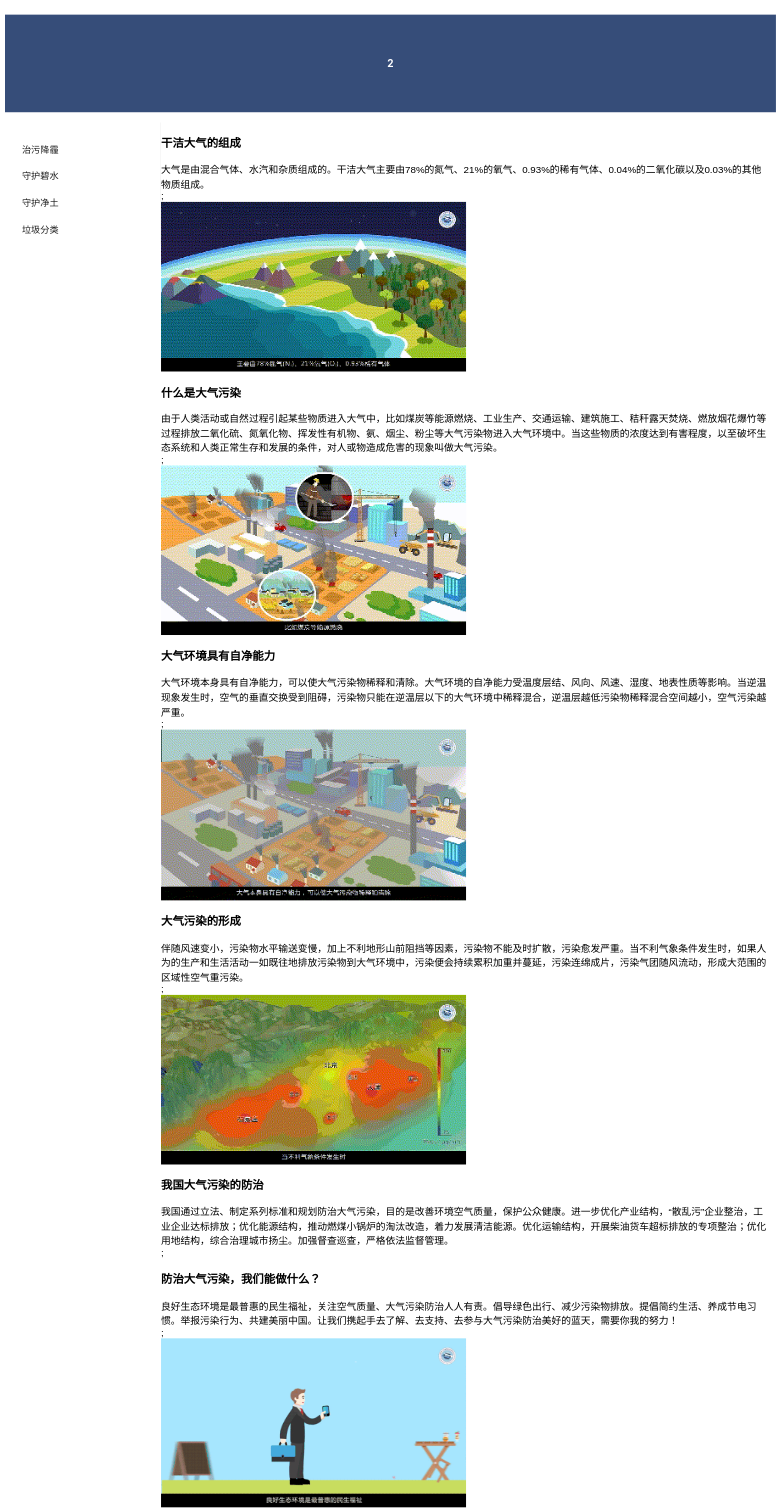
Repository: samllbin/summerWeb
Page: /
An editor plug-in stored every save of this project. The page is shown before and after the next save, followed by the edit.
The browser window is 1280 px wide. The pictures show the whole page, at 61% of full size.
The project was rebuilt for these pictures with package versions that can differ from the ones it lists, and the page was loaded fresh each time. Also part of the build but not shown: vite.config.js, components/menu/config.js, components/article/index.module.css, components/article/index.jsx.

Above is the page before, as saved 2024-07-22 16:40:57.

After the next save:
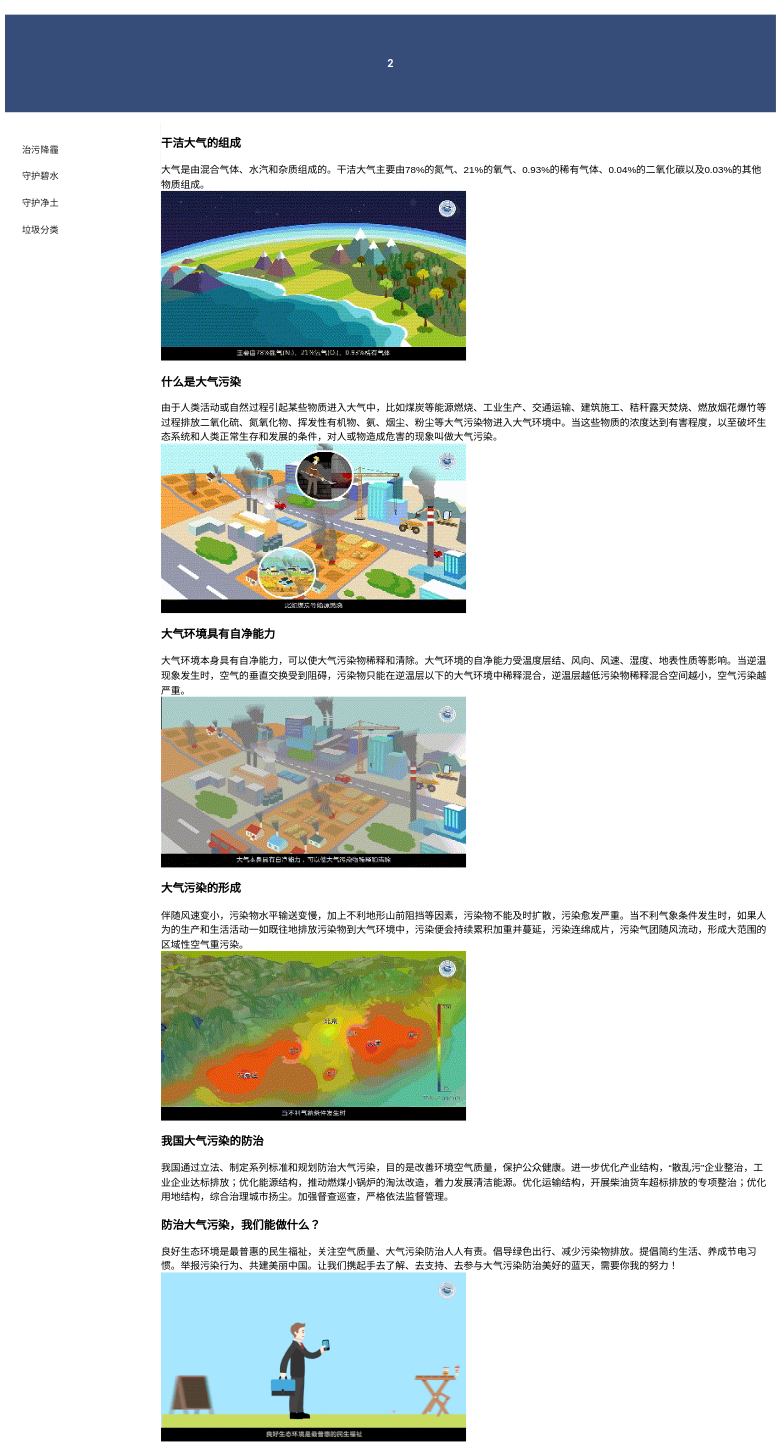
Saved 36 s later.
--- a/components/content/index.jsx
+++ b/components/content/index.jsx
@@ -13,7 +13,7 @@ export default function Content() {
           return (
             <div key={index} className={style.text}>
               <h3 className={style.title}>{item?.subTitle}</h3>
-              <div className={style.content}>{item.content}</div>;
+              <div className={style.content}>{item.content}</div>
               <img src={item.imageURL} alt="" className={style.image} />
             </div>
           );
